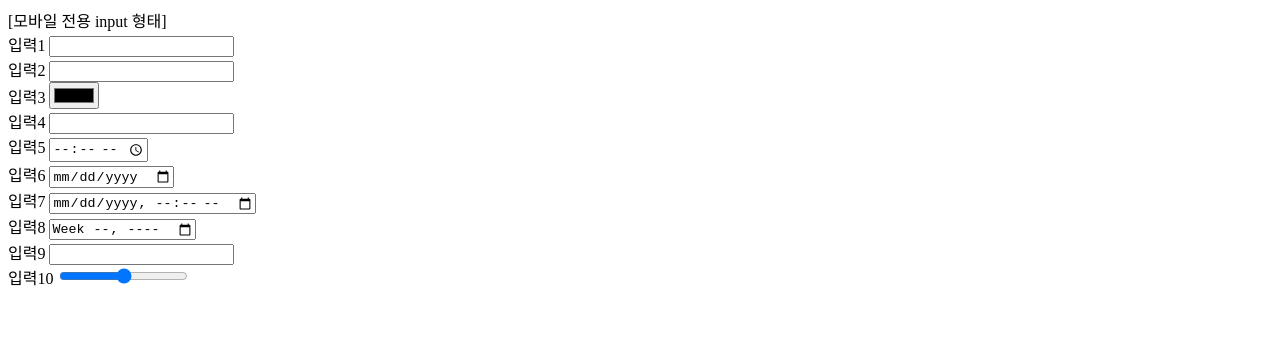
Repository: mnemion/BackendClass
Page: web/src/main/webapp/m/index.html
These files come from the project's save history. The page is drawn as it stood at one moment and after a run of saves; the edit follows.
The browser window is 1280 px wide. The pictures show the whole page.

Above is the page before, as saved 2023-08-31 05:54:27.

After the next 3 saves:
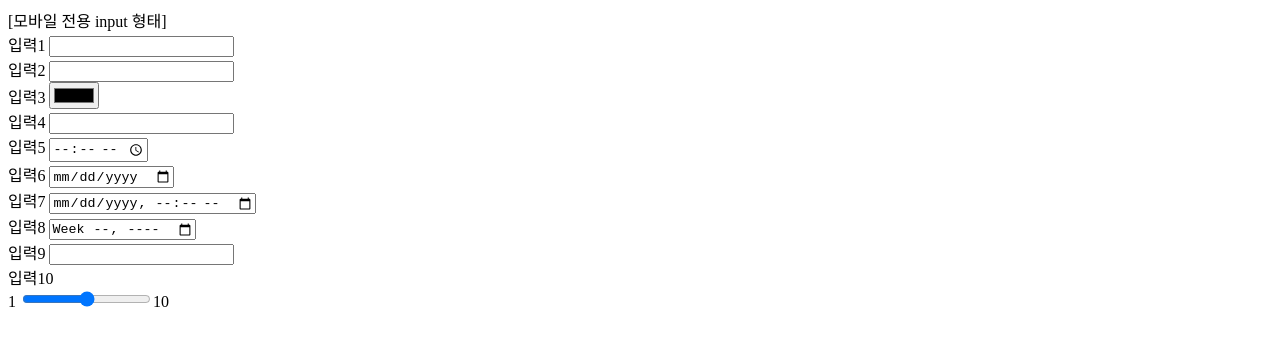
The 3 saves are shown as one change because they came seconds apart.
The last was saved 21 s later.
--- a/web/src/main/webapp/m/index.html
+++ b/web/src/main/webapp/m/index.html
@@ -16,6 +16,7 @@
 입력7 <input type="datetime-local"><br>	<!-- 날짜, 시간 동시에 입력 (P, M) -->
 입력8 <input type="week"><br>		<!-- 몇 주차 (P, M) [ios에서 작동불능] -->
 입력9 <input type="email"><br>	<!-- 이메일 (P, M) -->
-입력10 <input type="range"><br>	<!-- 이메일 (P, M) -->
+입력10 <br>
+1 <input type="range">10<br>	<!-- 이메일 (P, M) -->
 </body>
 </html>
